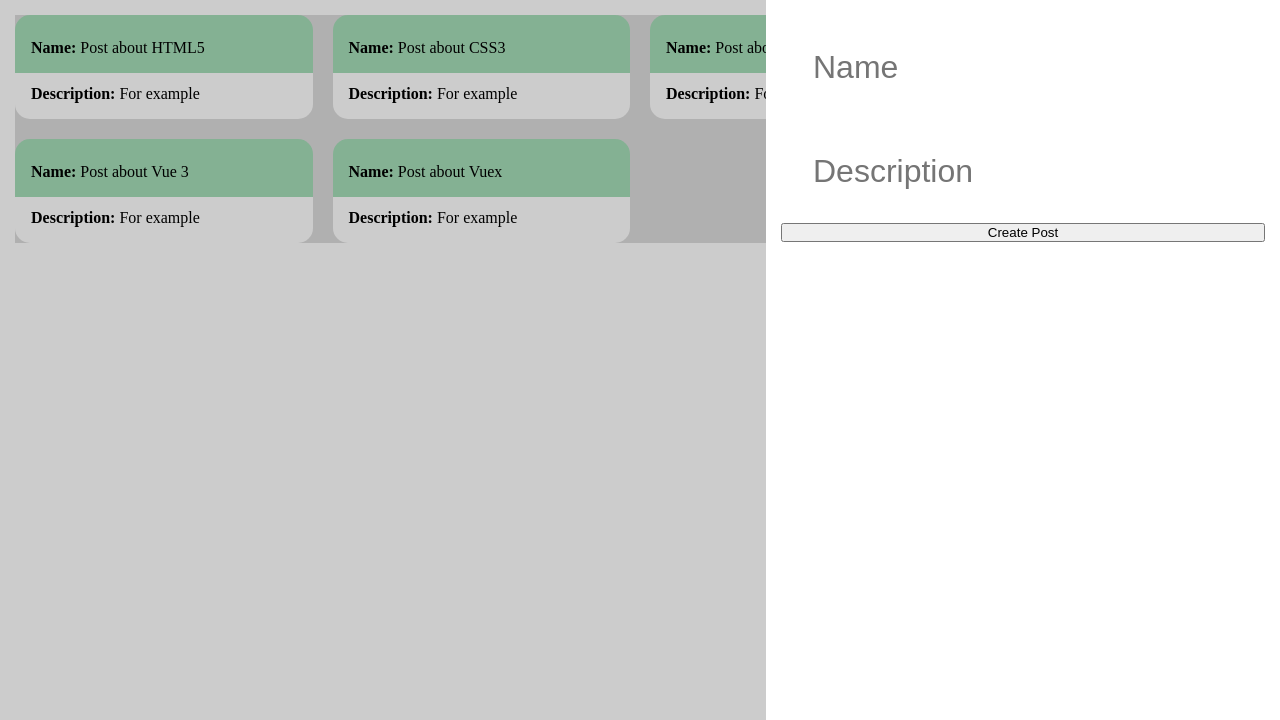
Repository: Axeliriya/vue-todo
Page: /
An editor plug-in stored every save of this project. The page is shown before and after the next save, followed by the edit.
The browser window is 1280 px wide. The pictures show the whole page.
The project was rebuilt for these pictures with package versions that can differ from the ones it lists, and the page was loaded fresh each time. Also part of the build but not shown: vue.config.js.

Above is the page before, as saved 2022-04-01 17:28:40.

### public/index.html
<!DOCTYPE html>
<html lang="">
  <head>
    <meta charset="utf-8">
    <meta name="viewport" content="width=device-width,initial-scale=1.0">
    <link rel="icon" href="<%= BASE_URL %>favicon.ico">
    <title>Todo</title>
  </head>
  <body>
    <div id="app"></div>
  </body>
</html>

### src/App.vue
<template>
  <div class="app">
    <div class="overlay">
      <div class="modal">
        <form class="form">
          <input class="input" type="text" placeholder="Name" />
          <input class="input" type="text" placeholder="Description" />
          <button class="button">Create Post</button>
        </form>
      </div>
    </div>
    <ul class="posts">
      <li class="post" v-for="post in posts">
        <div class="post__name"><strong>Name: </strong>{{ post.title }}</div>
        <div class="post__description">
          <strong>Description: </strong>{{ post.body }}
        </div>
      </li>
    </ul>
  </div>
</template>

<script>
export default {
  data() {
    return {
      posts: [
        { id: Date.now(), title: 'Post about HTML5', body: 'For example' },
        { id: Date.now() + 1, title: 'Post about CSS3', body: 'For example' },
        { id: Date.now() + 2, title: 'Post about React', body: 'For example' },
        { id: Date.now() + 3, title: 'Post about Redux', body: 'For example' },
        { id: Date.now() + 4, title: 'Post about Vue 3', body: 'For example' },
        { id: Date.now() + 5, title: 'Post about Vuex', body: 'For example' },
      ],
    };
  },
  methods: {},
};
</script>

<style>
* {
  margin: 0;
  padding: 0;
  box-sizing: border-box;
}

ul {
  list-style-type: none;
}

img {
  display: block;
  width: 100%;
  height: auto;
}

.app {
  padding: 15px;
}

.overlay {
  position: fixed;
  top: 0;
  left: 0;
  width: 100%;
  height: 100vh;
  background-color: rgb(0, 0, 0, 0.2);
  display: flex;
  justify-content: end;
}

.modal {
  padding: 15px;
  background-color: #fff;
}

.form {
  display: grid;
  grid-template-columns: 1fr;
}

.input {
  background-color: transparent;
  border: none;
  padding: 32px;
  font-weight: 400;
  font-size: 32px;
  line-height: 40px;
}

.posts {
  display: grid;
  grid-template-columns: repeat(4, 1fr);
  gap: 20px;
  background-color: gainsboro;
}

.post {
  border-radius: 15px;
}

.post__name {
  padding: 24px 16px 16px 16px;
  border-radius: 15px 15px 0 0;
  background-color: #a5ddb8;
}

.post__description {
  padding: 12px 16px 16px 16px;
  border-radius: 0 0 15px 15px;
  background-color: #ffffff;
}
</style>

Loaded but not shown: src/main.js (common file)

After the next save:
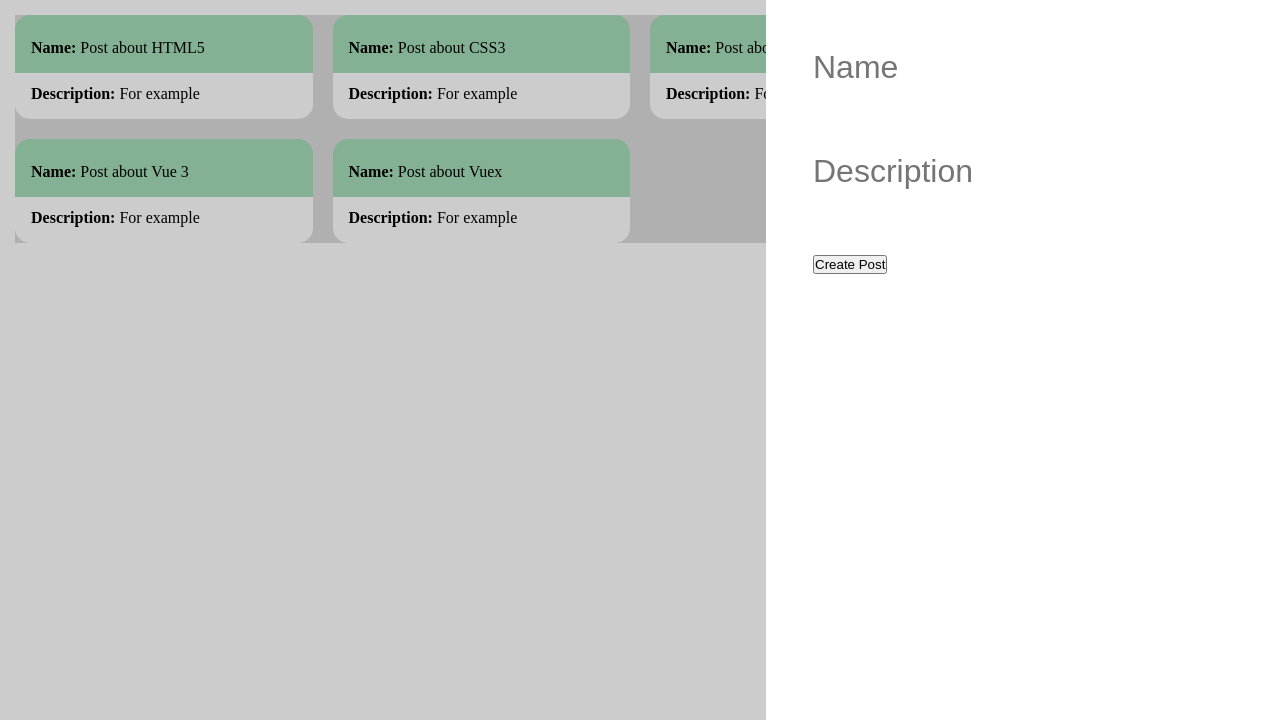
Saved 117 s later.
--- a/src/App.vue
+++ b/src/App.vue
@@ -5,7 +5,9 @@
         <form class="form">
           <input class="input" type="text" placeholder="Name" />
           <input class="input" type="text" placeholder="Description" />
-          <button class="button">Create Post</button>
+          <div class="button__wrapper">
+            <button class="button">Create Post</button>
+          </div>
         </form>
       </div>
     </div>
@@ -89,6 +91,13 @@ img {
   line-height: 40px;
 }
 
+.button__wrapper {
+  padding: 32px;
+}
+
+.button {
+}
+
 .posts {
   display: grid;
   grid-template-columns: repeat(4, 1fr);
